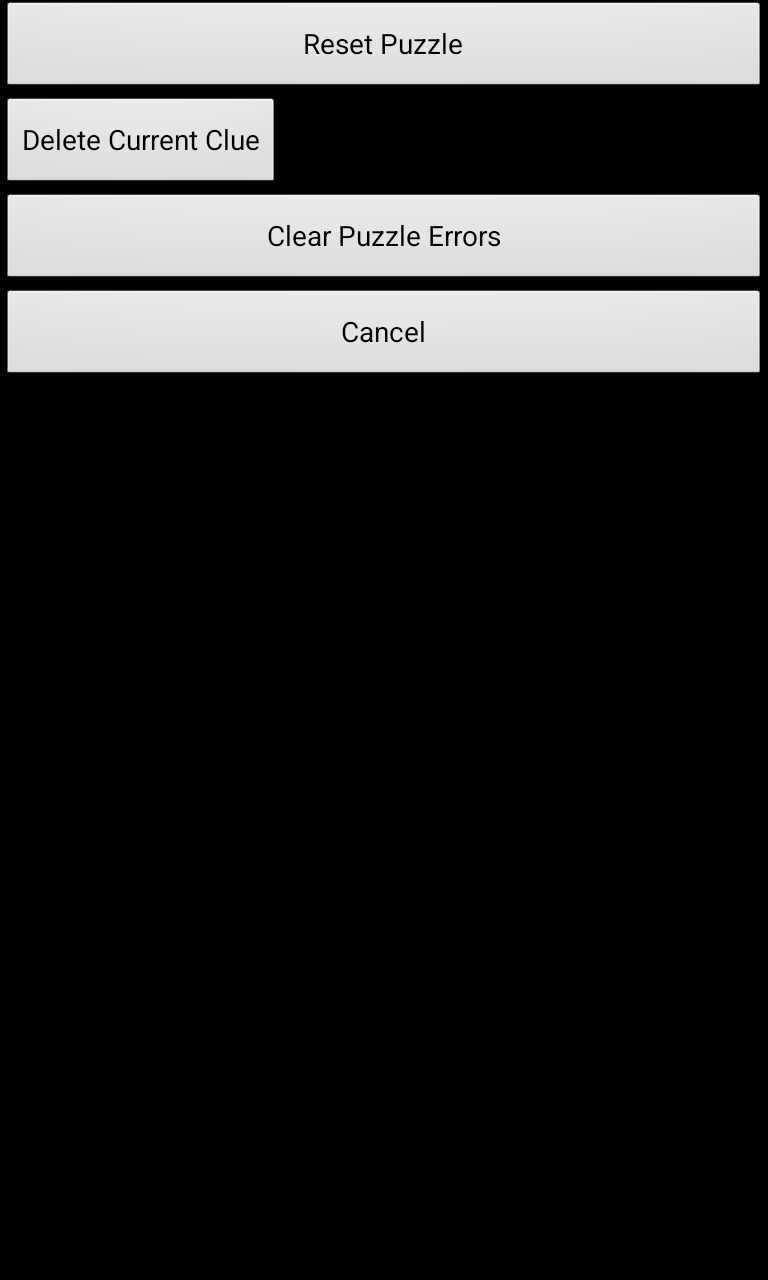
Repository: simplesns/workspace
Layout: eclipse/DEPuzzles/res/layout/dialog_crosswords_clear.xml
These files come from the project's save history. The layout is drawn as it stood at one moment and after the next save; the edit follows.
It is drawn on a 768 x 1280 px phone screen (xhdpi) without system bars, with theme android:Theme; the app's code is not run.

Above is the layout before, as saved 2011-01-28 06:52:47.

### eclipse/DEPuzzles/res/layout/dialog_crosswords_clear.xml
<?xml version="1.0" encoding="utf-8"?>
<LinearLayout
  xmlns:android="http://schemas.android.com/apk/res/android"
  android:layout_width="wrap_content" android:layout_height="wrap_content" android:orientation="vertical">
<Button android:id="@+id/Button01" android:layout_height="wrap_content" android:text="Reset Puzzle" android:layout_width="fill_parent"></Button>
<Button android:id="@+id/Button04" android:layout_height="wrap_content" android:text="Delete Current Clue" android:layout_width="wrap_content"></Button><Button android:id="@+id/Button03" android:layout_height="wrap_content" android:text="Clear Puzzle Errors" android:layout_width="fill_parent"></Button><Button android:id="@+id/Button02" android:layout_height="wrap_content" android:text="Cancel" android:layout_width="fill_parent"></Button>


</LinearLayout>

After the next save:
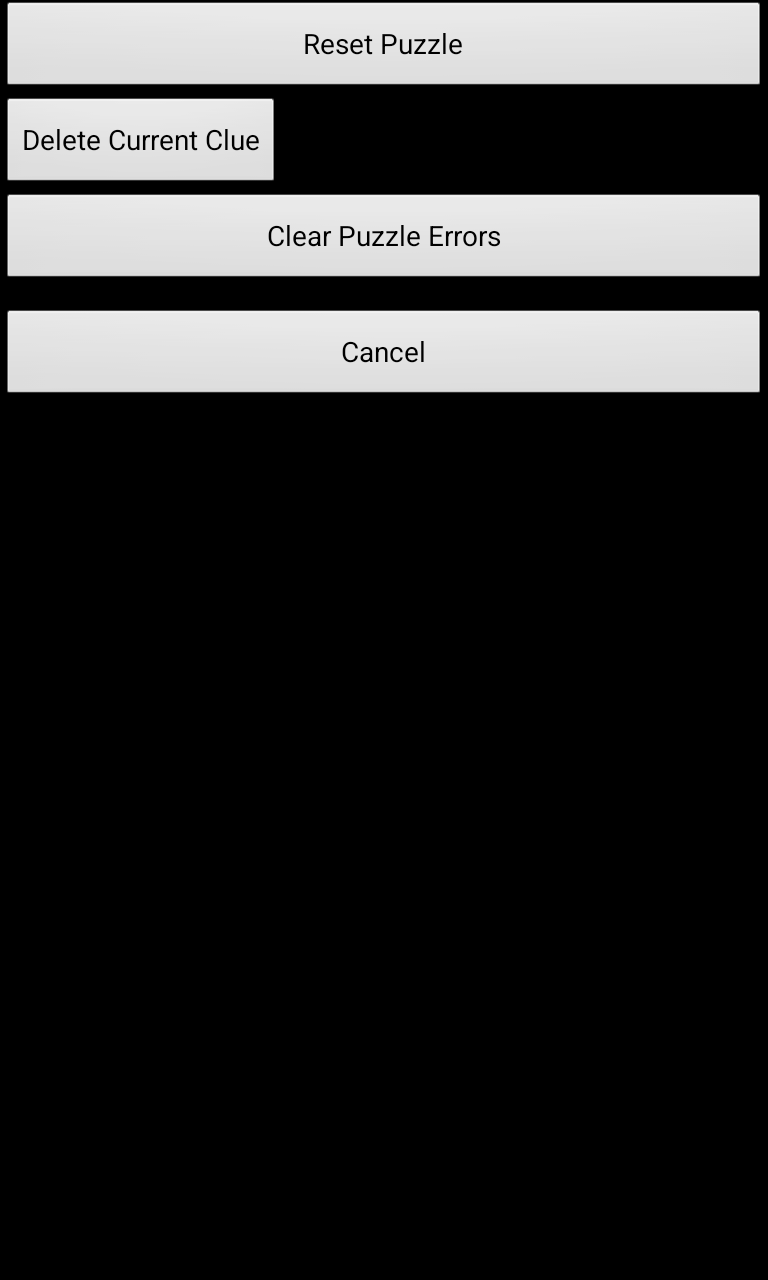
Saved 13 s later.
--- a/eclipse/DEPuzzles/res/layout/dialog_crosswords_clear.xml
+++ b/eclipse/DEPuzzles/res/layout/dialog_crosswords_clear.xml
@@ -3,7 +3,7 @@
   xmlns:android="http://schemas.android.com/apk/res/android"
   android:layout_width="wrap_content" android:layout_height="wrap_content" android:orientation="vertical">
 <Button android:id="@+id/Button01" android:layout_height="wrap_content" android:text="Reset Puzzle" android:layout_width="fill_parent"></Button>
-<Button android:id="@+id/Button04" android:layout_height="wrap_content" android:text="Delete Current Clue" android:layout_width="wrap_content"></Button><Button android:id="@+id/Button03" android:layout_height="wrap_content" android:text="Clear Puzzle Errors" android:layout_width="fill_parent"></Button><Button android:id="@+id/Button02" android:layout_height="wrap_content" android:text="Cancel" android:layout_width="fill_parent"></Button>
+<Button android:id="@+id/Button04" android:layout_height="wrap_content" android:text="Delete Current Clue" android:layout_width="wrap_content"></Button><Button android:id="@+id/Button03" android:layout_height="wrap_content" android:text="Clear Puzzle Errors" android:layout_width="fill_parent"></Button><Button android:id="@+id/Button02" android:layout_height="wrap_content" android:text="Cancel" android:layout_width="fill_parent" android:layout_marginTop="10dip"></Button>
 
 
 </LinearLayout>
